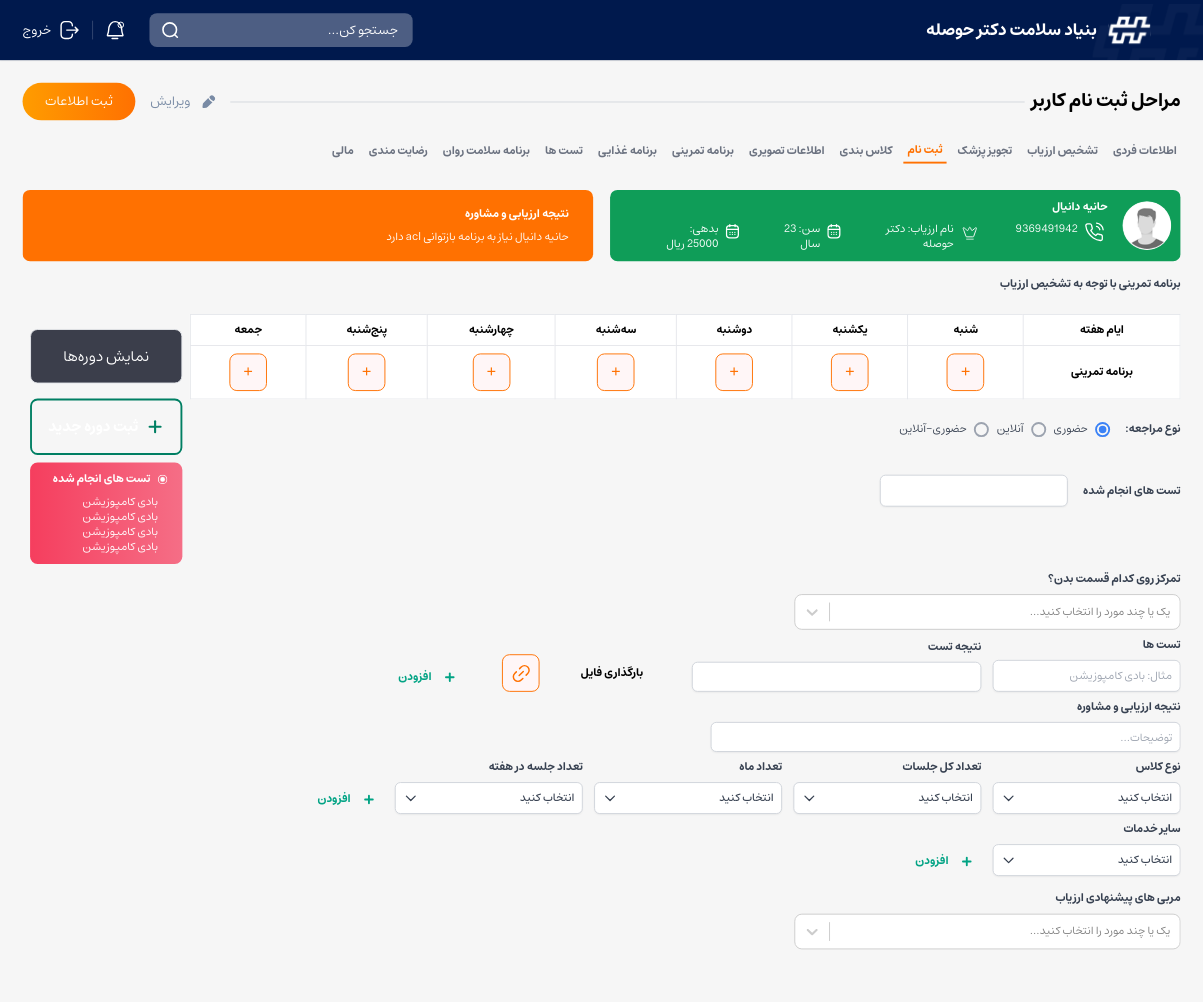
Repository: mirnajafi/ERP_hoseleh_V1.0
Page: /register, after clicking the first element matching `div.flex > :nth-child(4)`
The author's editor kept a copy of each file at every save. The page is drawn from the files as they stood at one save, then again after a run of saves.
The browser window is 1280 px wide. The pictures show the whole page, at 94% of full size.
Some web fonts or font styles are not loaded; a fallback is used. The project was rebuilt for these pictures with package versions that can differ from the ones it lists, and the page was loaded fresh each time. The framework's server and built-in components were replaced by stand-ins that run in the browser. Also part of the build but not shown: next.config.mjs, src/components/icons/trash.tsx, src/components/weekTable/weekTable.css, src/components/icons/copy.tsx, src/components/recognitionEvaluator/recognitionEvaluator.tsx.

Above is the page before, as saved 2025-02-28 23:46:30.

After the next 2 saves:
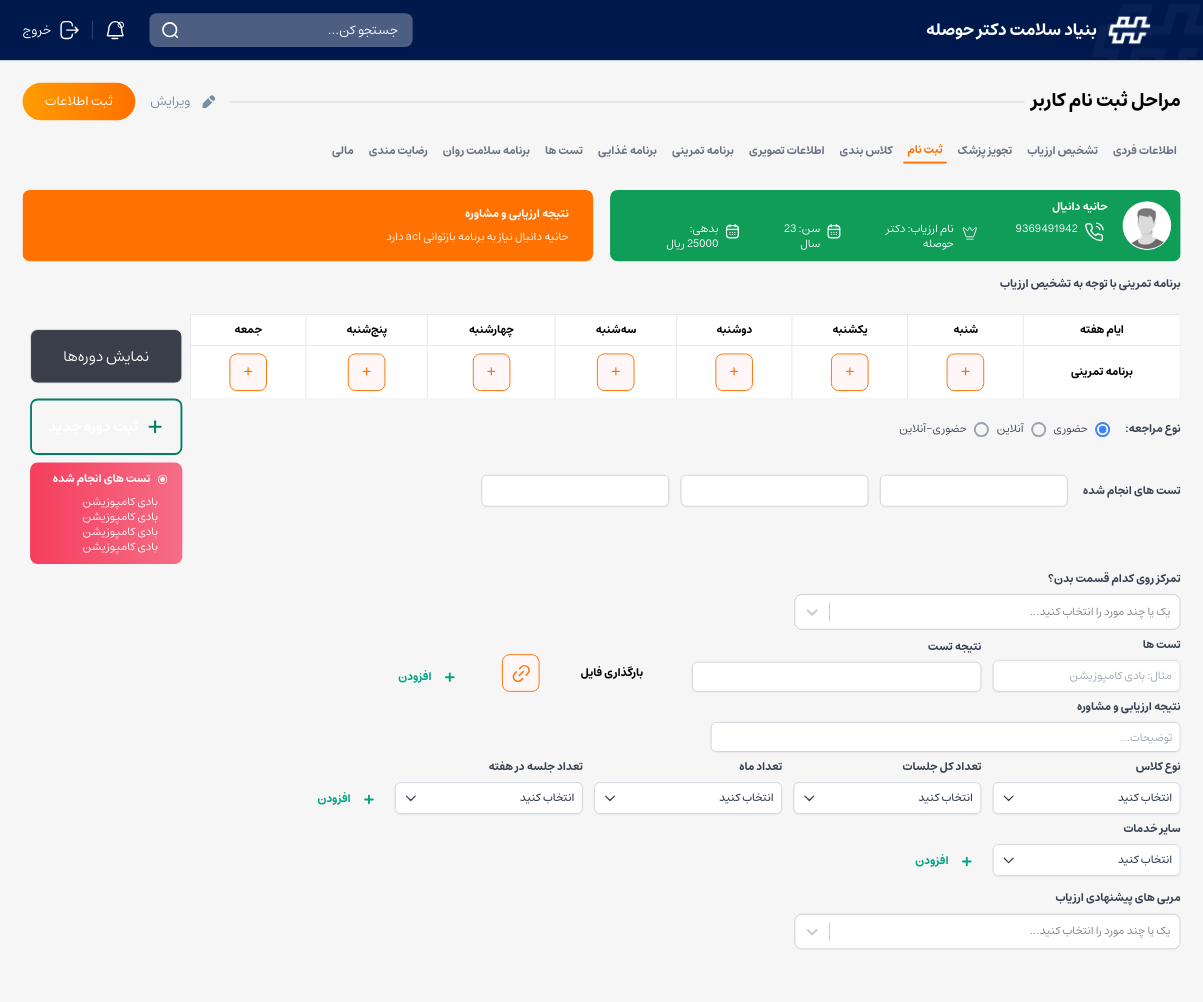
The 2 saves are shown as one change because they came seconds apart.
The last was saved 6 s later.
--- a/src/components/registration/registration.tsx
+++ b/src/components/registration/registration.tsx
@@ -84,7 +84,6 @@ const Registration = () => {
                     <div className="w-full xl:py-2 my-0  flex flex-col xl:flex-row xl:justify-start xl:items-end">
                         <label className="my-2 text-xs font-bold text-gray-700 ml-4">تست های انجام شده</label>
 
-
                         <Input
                             label=""
                             type="text"
@@ -92,8 +91,21 @@ const Registration = () => {
                             onChange={() => { }}
                             placeholder=""
                         />
-
-
+                        <Input
+                            label=""
+                            type="text"
+                            value={''}
+                            onChange={() => { }}
+                            placeholder=""
+                        />
+
+                        <Input
+                            label=""
+                            type="text"
+                            value={''}
+                            onChange={() => { }}
+                            placeholder=""
+                        />
                     </div>
                 </div>
 
